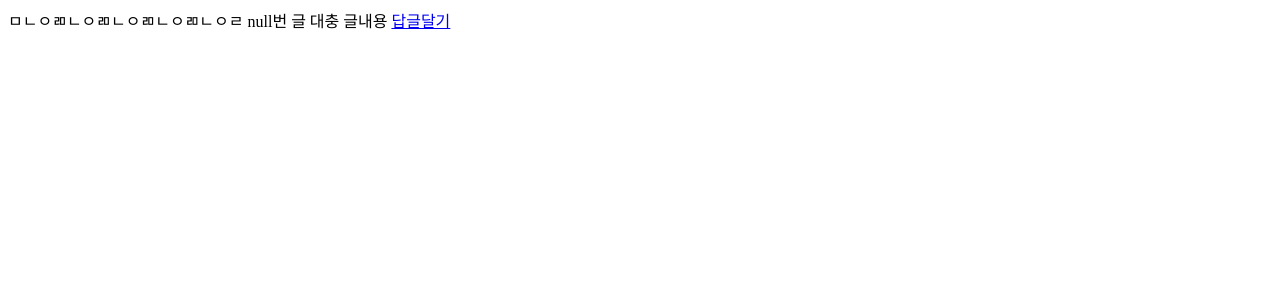
Repository: SniperDitto/save
Page: http://localhost/Boards0425/02_client/04_boards/content.jsp
An editor plug-in stored every save of this project. The page is shown before and after the next save, followed by the edit.
The browser window is 1280 px wide. The pictures show the whole page.
The page is served by Tomcat 9.

Above is the page before, as saved 2022-05-06 02:08:27.

After the next save:
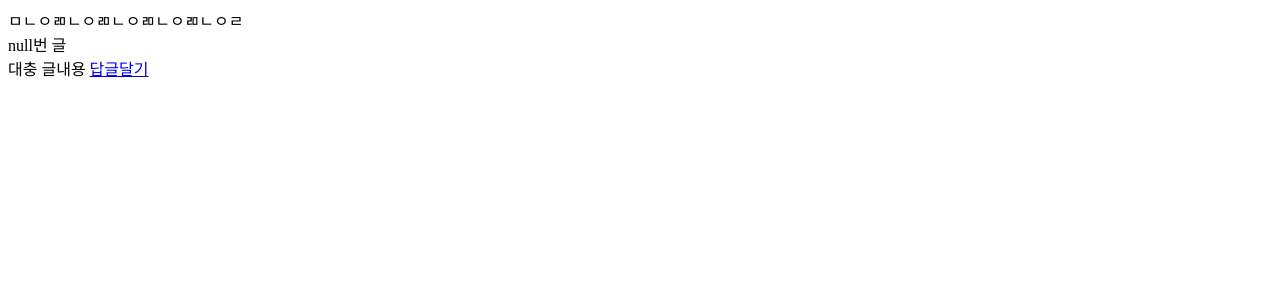
Saved 12 s later.
--- a/2022JAVA_YSH 1/JAVA/Web/Boards0425/WebContent/02_client/04_boards/content.jsp
+++ b/2022JAVA_YSH 1/JAVA/Web/Boards0425/WebContent/02_client/04_boards/content.jsp
@@ -10,8 +10,8 @@
 <title>글내용</title>
 </head>
 <body>
-ㅁㄴㅇㄻㄴㅇㄻㄴㅇㄻㄴㅇㄻㄴㅇㄹ
-<%=vo.getIdx() %>번 글
+ㅁㄴㅇㄻㄴㅇㄻㄴㅇㄻㄴㅇㄻㄴㅇㄹ<br>
+<%=vo.getIdx() %>번 글<br>
 대충 글내용
 
 
